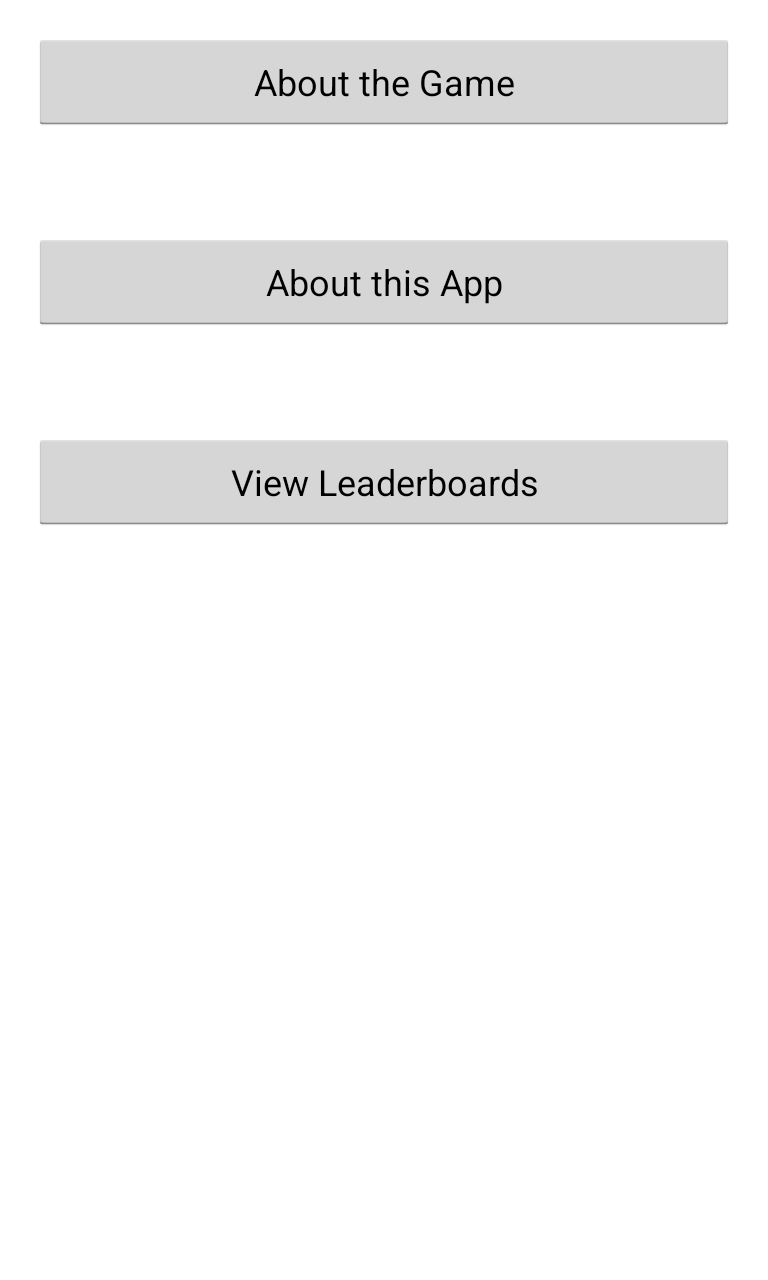
Repository: colincove/IAT381-Android
Layout: UrbanWarLeaderboards/res/layout/activity_title_screen.xml
The author's editor kept a copy of each file at every save. The layout is drawn from the files as they stood at one save, then again after the next save.
It is drawn on a 768 x 1280 px phone screen (xhdpi) without system bars, with theme AppTheme; the app's code is not run.

Above is the layout before, as saved 2013-09-06 16:21:56.

After the next save:
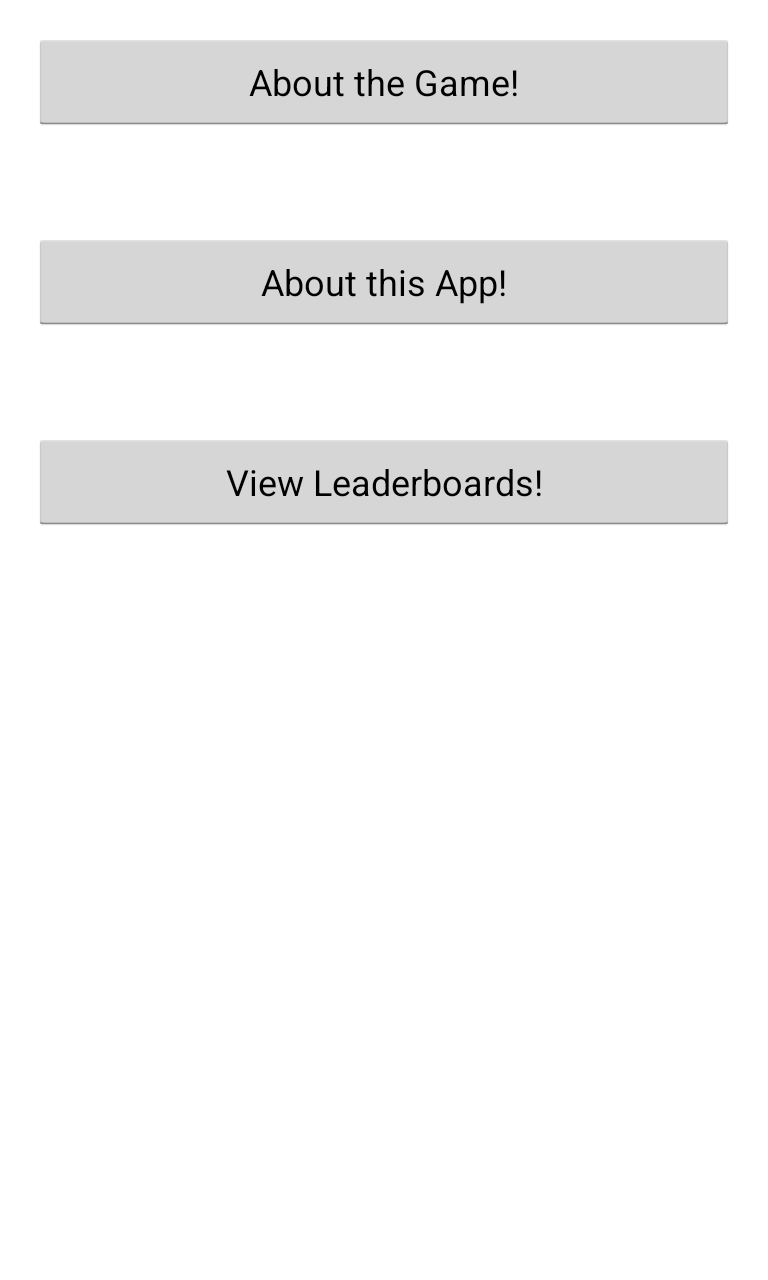
Saved 4 s later.
--- a/UrbanWarLeaderboards/res/values/strings.xml
+++ b/UrbanWarLeaderboards/res/values/strings.xml
@@ -5,7 +5,7 @@
     <string name="action_settings">Settings</string>
     <string name="hello_world">Hello world!</string>
     <!-- Menu button Strings -->
-	<string name="about">About this App</string>
-	<string name="about_game">About the Game</string>
-	<string name="view_leaderboards">View Leaderboards</string>
+	<string name="about">About this App!</string>
+	<string name="about_game">About the Game!</string>
+	<string name="view_leaderboards">View Leaderboards!</string>
 </resources>
